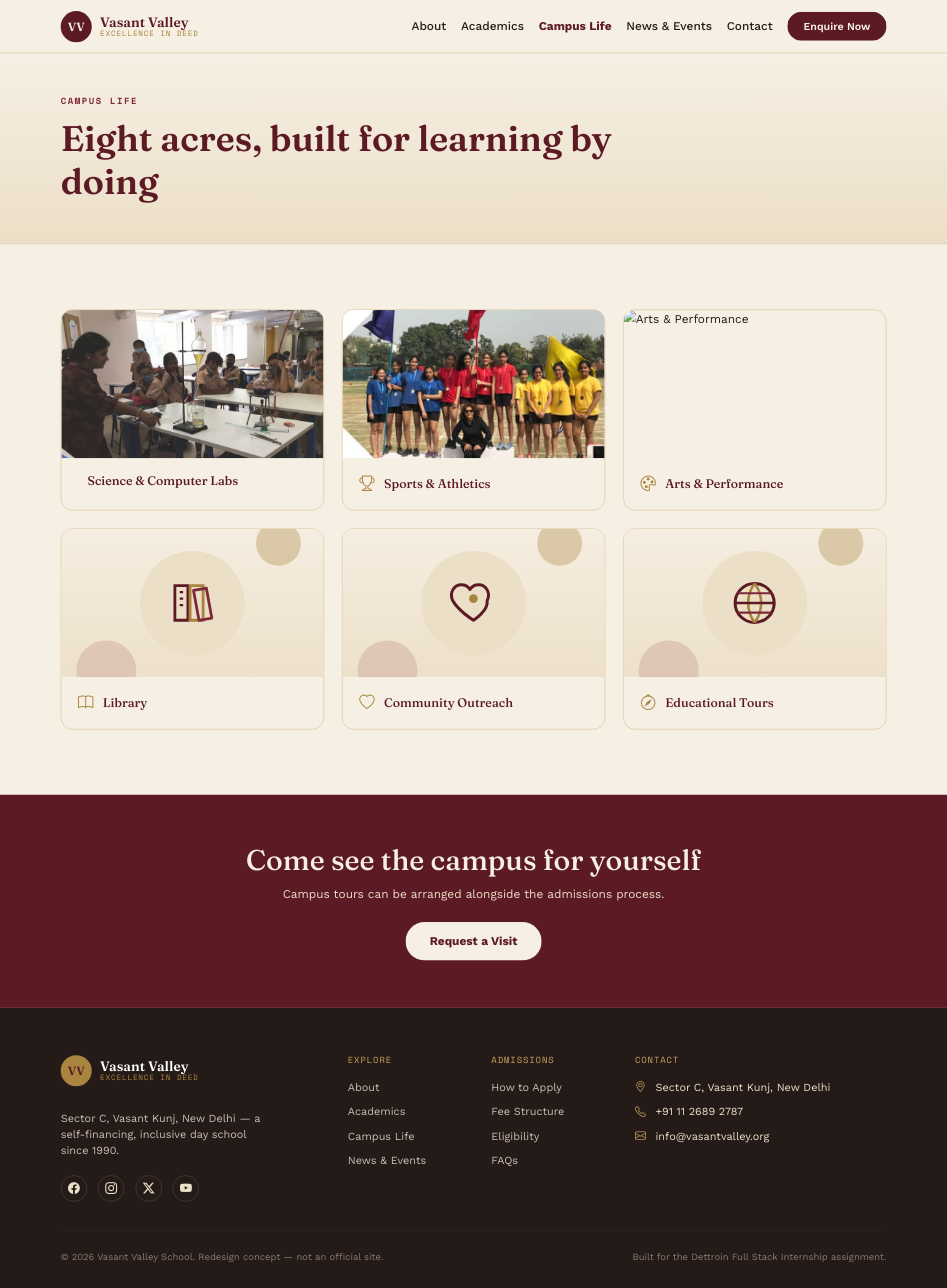
Repository: SanjanaTiwari06/DETTROIN-INT---SchoolWebsite
Page: /campus-life
These files come from the project's save history. The page is drawn as it stood at one moment and after the next save; the edit follows.
The browser window is 1280 px wide. The pictures show the whole page, at 74% of full size.
The project was rebuilt for these pictures with package versions that can differ from the ones it lists, and the page was loaded fresh each time. Also part of the build but not shown: vite.config.js, src/pages/Home.jsx, src/pages/About.jsx, src/pages/Academics.jsx, src/pages/News.jsx, src/pages/Contact.jsx, src/pages/NotFound.jsx.

Above is the page before, as saved 2026-07-27 14:03:11.

After the next save:
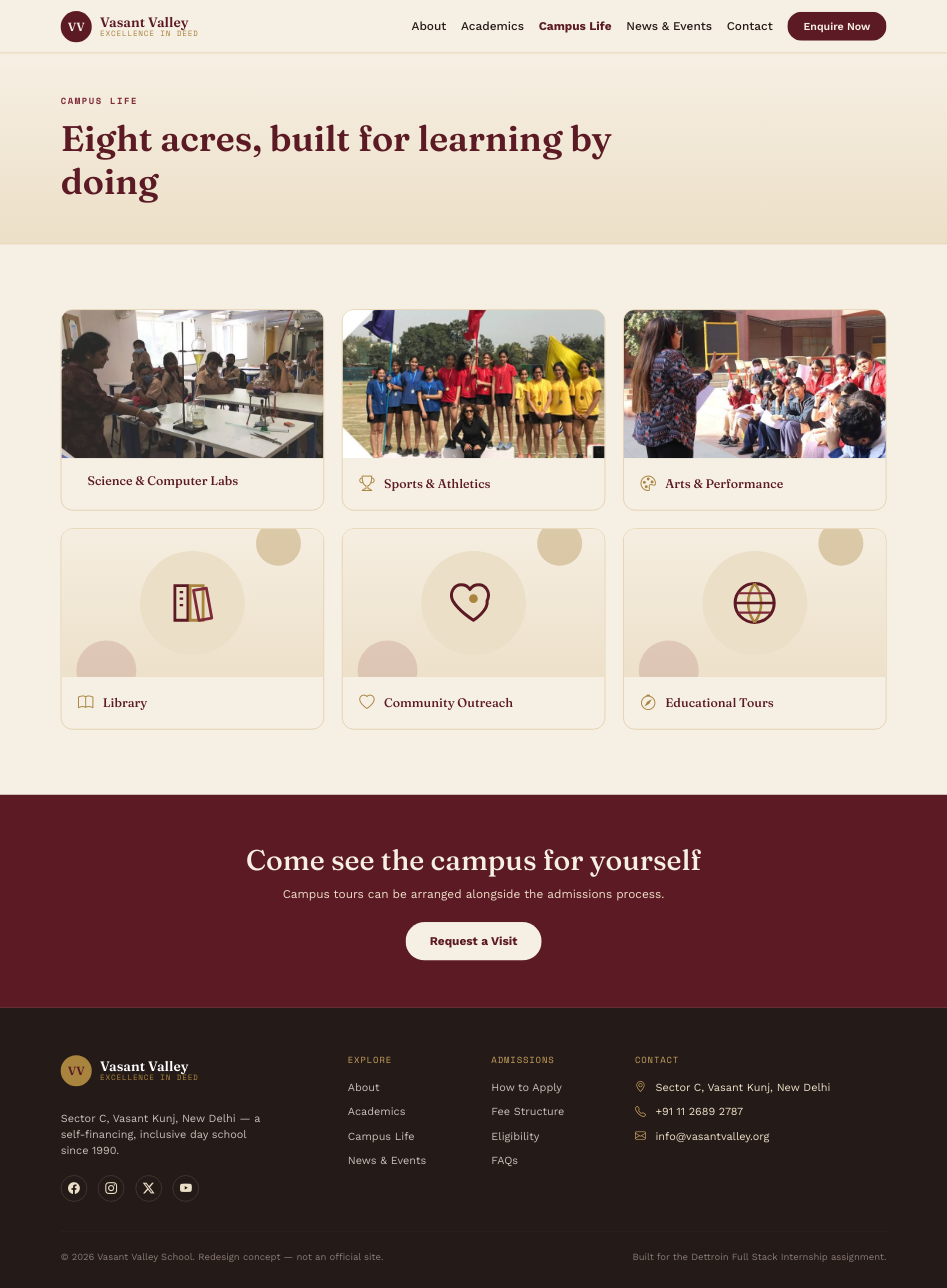
Saved 6 s later.
--- a/src/pages/CampusLife.jsx
+++ b/src/pages/CampusLife.jsx
@@ -3,7 +3,7 @@
 const facilities = [
   { icon: "bi-flask", title: "Science & Computer Labs", image: "/public/images/Science Lab.jpg" },
   { icon: "bi-trophy", title: "Sports & Athletics", image: "/public/images/Soprts.jpg" },
-  { icon: "bi-palette", title: "Arts & Performance", image: "/" },
+  { icon: "bi-palette", title: "Arts & Performance", image: "/public/images/Art.jpg" },
   { icon: "bi-book", title: "Library", image: "/images/facility-library.svg" },
   { icon: "bi-heart", title: "Community Outreach", image: "/images/facility-outreach.svg" },
   { icon: "bi-compass", title: "Educational Tours", image: "/images/facility-tours.svg" },
